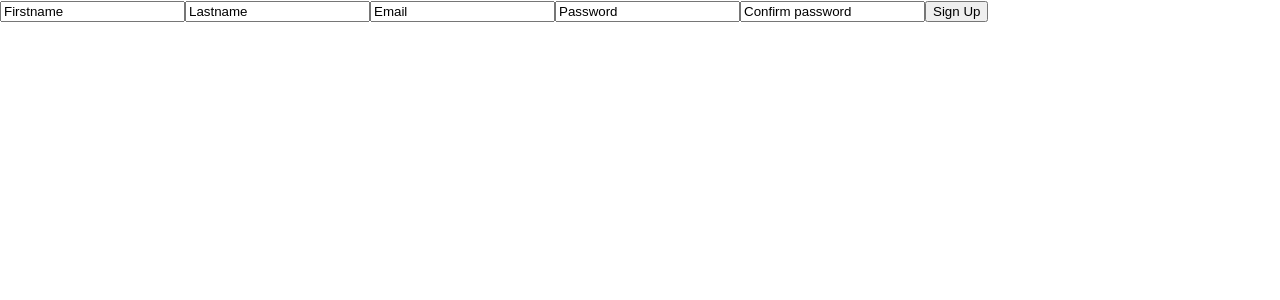
Repository: khamraeva/JSP-homework1-sighup
Page: /
The author's editor kept a copy of each file at every save. The page is drawn from the files as they stood at one save, then again after the next save.
The browser window is 1280 px wide. The pictures show the whole page.
The project was rebuilt for these pictures with package versions that can differ from the ones it lists, and the page was loaded fresh each time. Also part of the build but not shown: src/Components/SignUp/SignUp.css.

Above is the page before, as saved 2020-07-22 16:24:55.

### src/App.js
import React from 'react';
import SignUp from './Components/SignUp/SignUp';


function App() {
  return (
    <div className="App">
      <SignUp />
    </div>
  );
}

export default App;

### src/Components/SignUp/SignUp.js
import React, { Component } from 'react';
import './SignUp.css';

class SignUp extends Component {
    render() {
        return (
            <div>
                <form>
                    <input
                        type='text'
                        value='Firstname'
                    />
                    <input
                        type='text'
                        value='Lastname'
                    />
                    <input
                        type='text'
                        value='Email'
                    />
                    <input
                        type='text'
                        value='Password'
                    />
                    <input
                        type='text'
                        value='Confirm password'
                    />
                    <button>Sign Up</button>
                </form>
            </div>
        )
    }
}

export default SignUp

Loaded but not shown: public/index.html (common file); src/index.js (common file); src/index.css (common file); src/serviceWorker.js (common file)

After the next save:
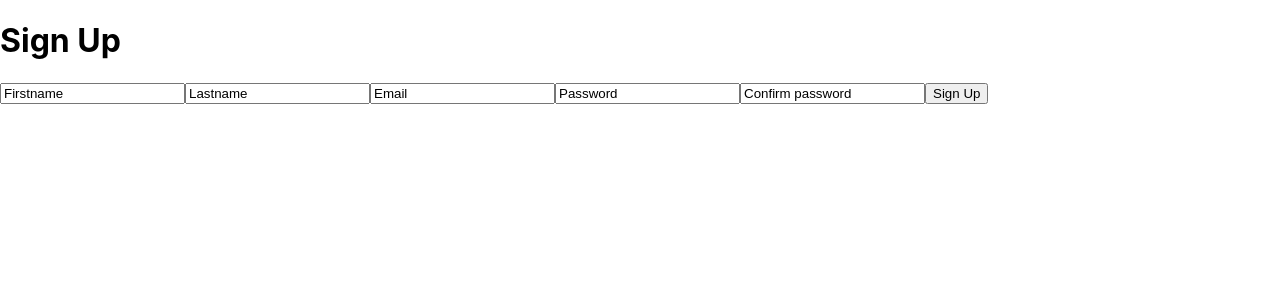
Saved 38 s later.
--- a/src/Components/SignUp/SignUp.js
+++ b/src/Components/SignUp/SignUp.js
@@ -5,6 +5,7 @@ class SignUp extends Component {
     render() {
         return (
             <div>
+                <h1>Sign Up</h1>
                 <form>
                     <input
                         type='text'
